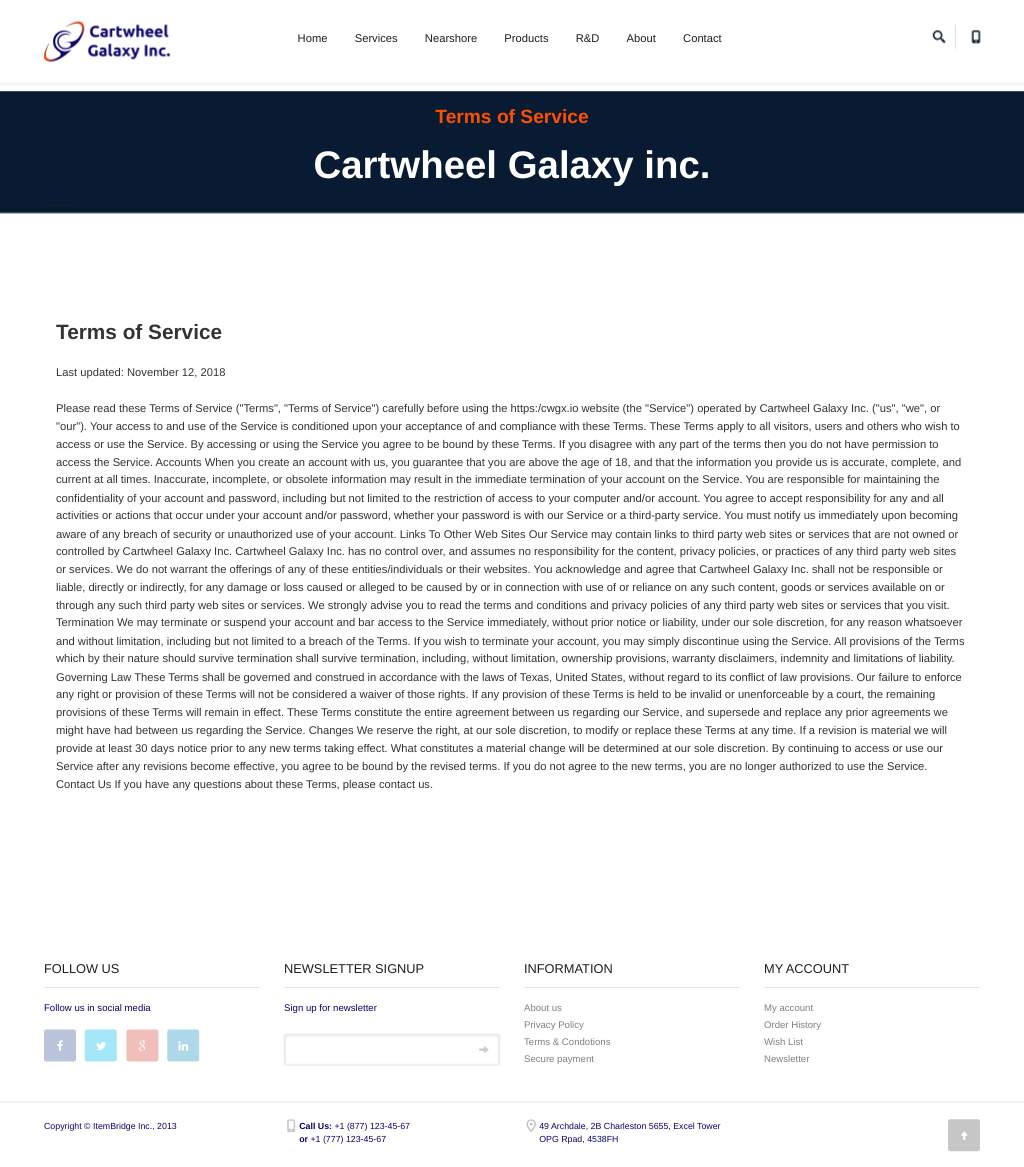
Repository: g-tecio/cwgx.io
Page: terms.html
The author's editor kept a record of every edit. The page is drawn from the files as they stood at one moment, then again after the next edit.
The browser window is 1280 px wide. The pictures show the whole page, at 80% of full size.

Above is the page before.

After the next edit:
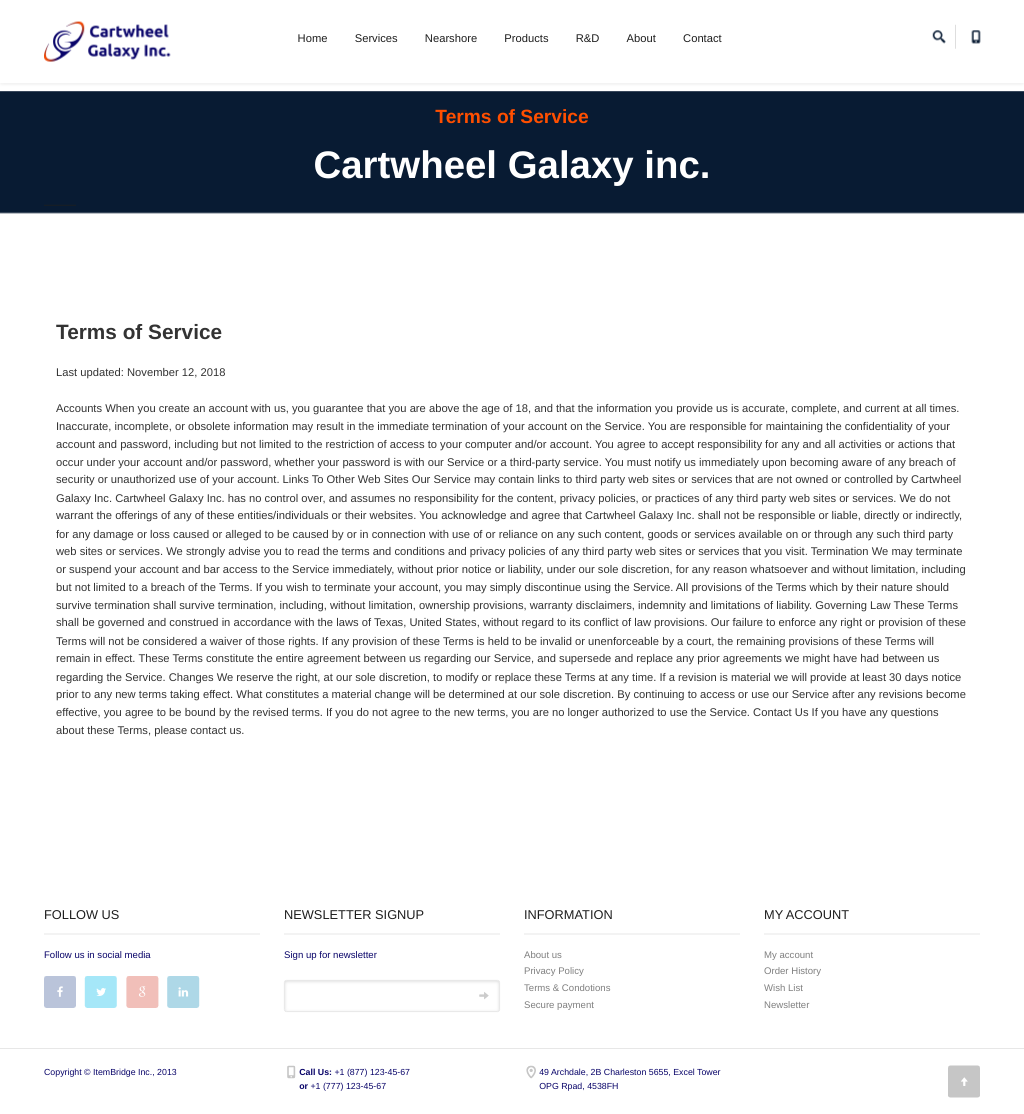
The edit:
--- a/terms.html
+++ b/terms.html
@@ -186,9 +186,12 @@
 </p>
 <p>
 </p>
-Please read these Terms of Service ("Terms", "Terms of Service") carefully before using the https:/cwgx.io website (the "Service") operated by Cartwheel Galaxy Inc. ("us", "we", or "our").
-Your access to and use of the Service is conditioned upon your acceptance of and compliance with these Terms. These Terms apply to all visitors, users and others who wish to access or use the Service.
-By accessing or using the Service you agree to be bound by these Terms. If you disagree with any part of the terms then you do not have permission to access the Service.
+<p>
+
+</p>
+<p>
+
+</p>
 Accounts
 When you create an account with us, you guarantee that you are above the age of 18, and that the information you provide us is accurate, complete, and current at all times. Inaccurate, incomplete, or obsolete information may result in the immediate termination of your account on the Service.
 You are responsible for maintaining the confidentiality of your account and password, including but not limited to the restriction of access to your computer and/or account. You agree to accept responsibility for any and all activities or actions that occur under your account and/or password, whether your password is with our Service or a third-party service. You must notify us immediately upon becoming aware of any breach of security or unauthorized use of your account.
